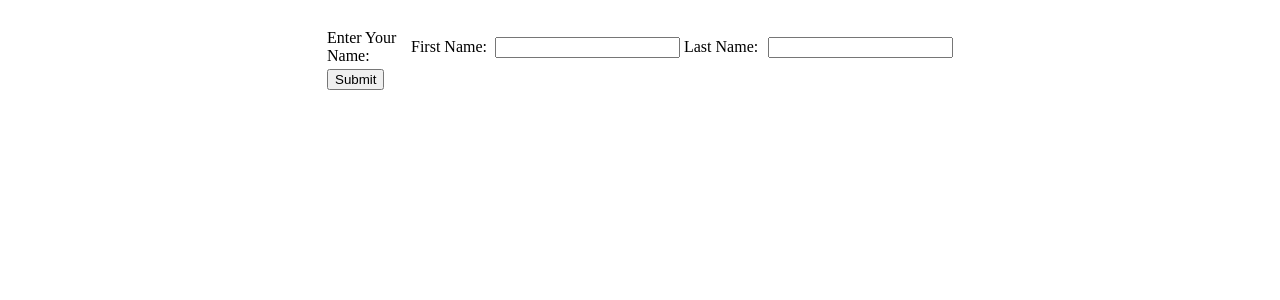
Repository: mayankk2202/Phase-2
Page: DemoServlet/src/main/webapp/Form.html
These files come from the project's save history. The page is drawn as it stood at one moment and after the next save; the edit follows.
The browser window is 1280 px wide. The pictures show the whole page.

Above is the page before, as saved 2021-06-27 12:51:48.

### DemoServlet/src/main/webapp/Form.html
<!DOCTYPE html>
<html>
<head>
<meta charset="ISO-8859-1">
<title>Form</title>
</head>
<body>
<center>
<form name=frmName method="POST" action="process">
<table width="50%" border="0" >
<tr vallign="top">
<td width="20%">Enter Your Name: </td>
<br>
<td width="20%">First Name: </td>
<td><input firstname="fname" id="fname" maxlength=100></td>
<td width="20%">Last Name: </td>
<td><input lastname="lname" id="lname" maxlength=100></td>
<tr valign="top">
<td colspan = 2 width = "100%">
<button>Submit</button></td>
</tr>
</table>
</form>
</center>
</body>
</html>

After the next save:
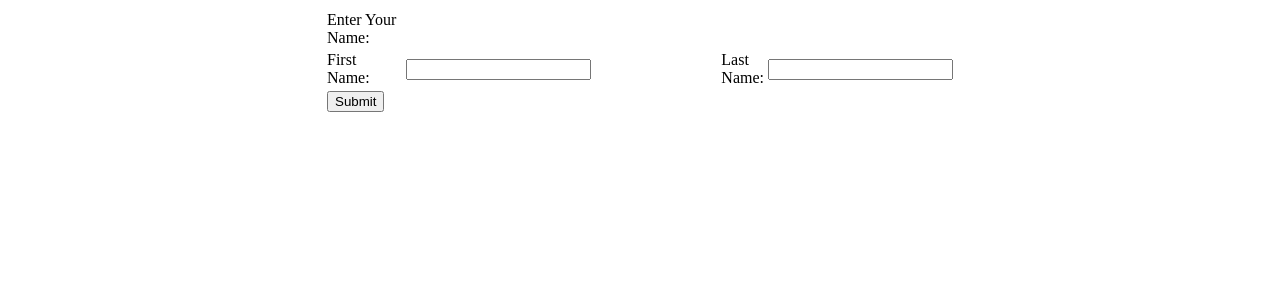
Saved 63 s later.
--- a/DemoServlet/src/main/webapp/Form.html
+++ b/DemoServlet/src/main/webapp/Form.html
@@ -10,7 +10,8 @@
 <table width="50%" border="0" >
 <tr vallign="top">
 <td width="20%">Enter Your Name: </td>
-<br>
+</tr>
+<tr>
 <td width="20%">First Name: </td>
 <td><input firstname="fname" id="fname" maxlength=100></td>
 <td width="20%">Last Name: </td>
